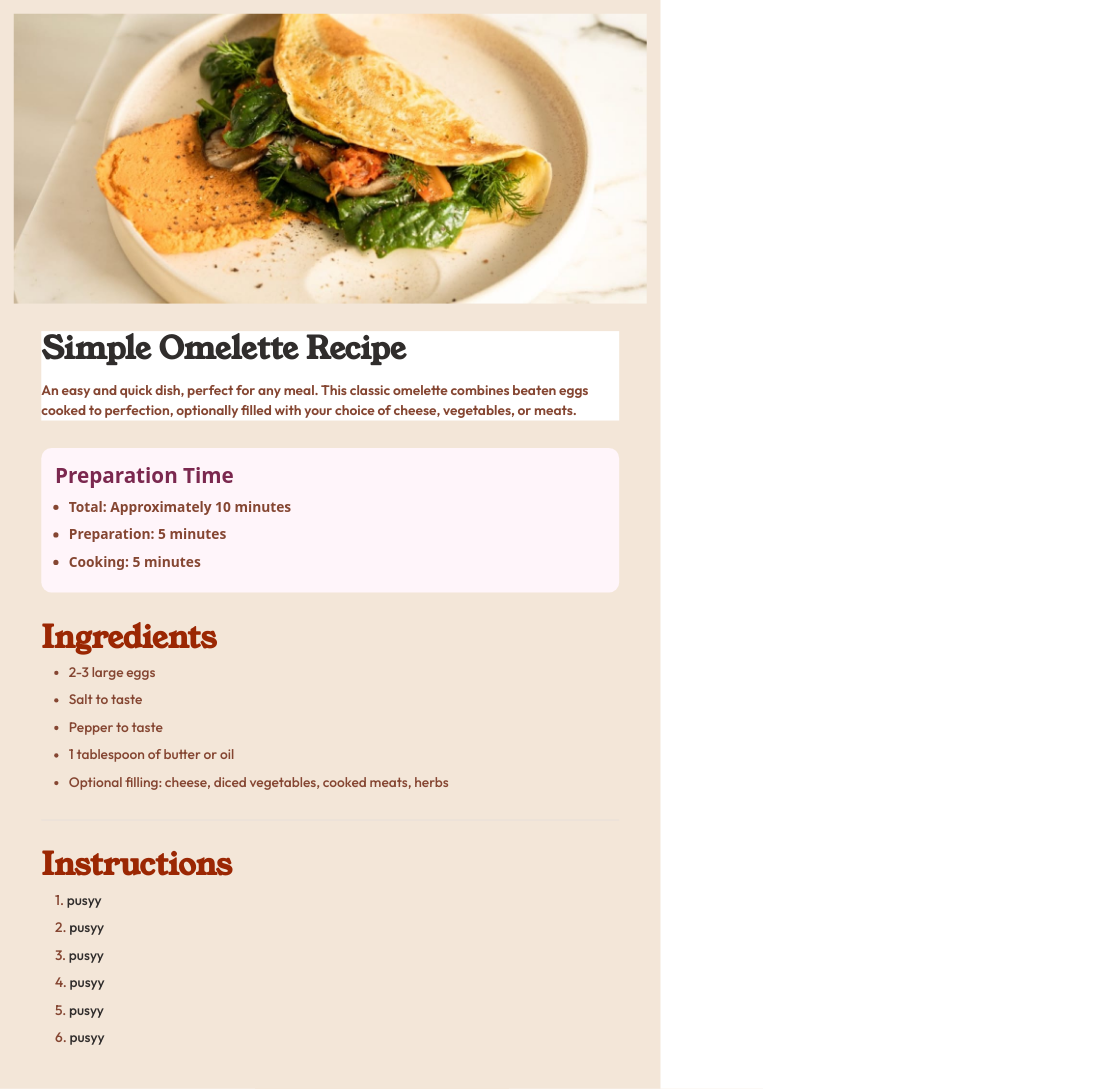
Repository: nivrii/recipe-page-main
Page: /
The author's editor kept a copy of each file at every save. The page is drawn from the files as they stood at one save, then again after the next save.
The browser window is 1280 px wide. The pictures show the whole page, at 86% of full size.
The project was rebuilt for these pictures with package versions that can differ from the ones it lists, and the page was loaded fresh each time. Also part of the build but not shown: vite.config.js, src/index.css.

Above is the page before, as saved 2024-03-23 15:55:33.

After the next save:
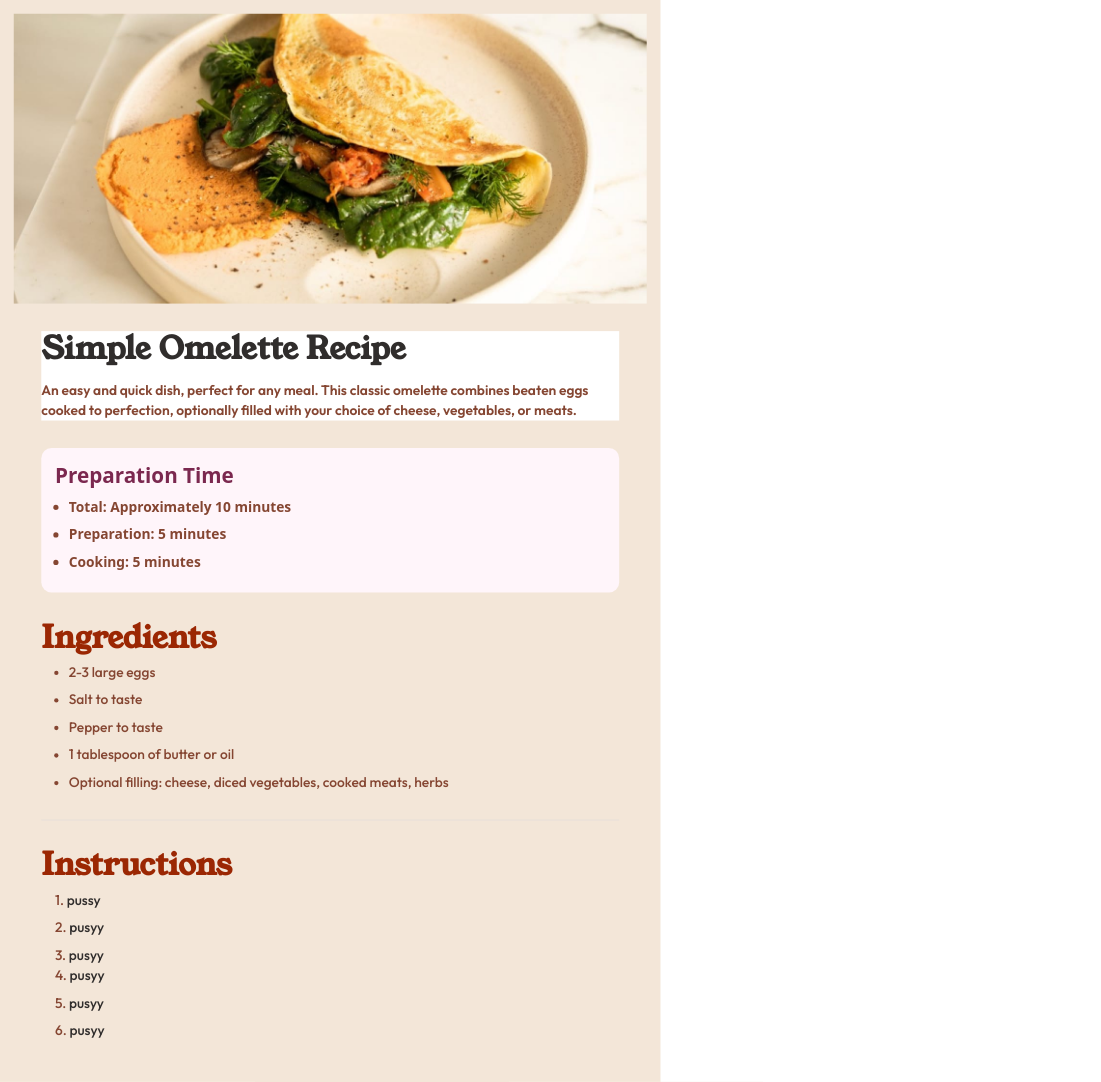
Saved 85 s later.
--- a/src/App.jsx
+++ b/src/App.jsx
@@ -54,12 +54,12 @@ function App() {
             Instructions
           </h1>
           <ul className="font-outfit mt-2 mb-8 mx-4 text-darkCharcoal font-medium space-y-2">
-            <li><span className="text-nutmeg">1.</span> pusyy</li>
-            <li><span className="text-nutmeg">2.</span> pusyy</li>
-            <li><span className="text-nutmeg">3.</span> pusyy</li>
-            <li><span className="text-nutmeg">4.</span> pusyy</li>
-            <li><span className="text-nutmeg">5.</span> pusyy</li>
-            <li><span className="text-nutmeg">6.</span> pusyy</li>
+            <li className=""><span className="text-nutmeg">1.</span> pussy</li>
+            <li className=""><span className="text-nutmeg">2.</span> pusyy</li>
+            <li className=""><span className="text-nutmeg">3.</span> pusyy</li>
+            <l className=""><span className="text-nutmeg">4.</span> pusyy</l>
+            <li className=""><span className="text-nutmeg">5.</span> pusyy</li>
+            <li className=""><span className="text-nutmeg">6.</span> pusyy</li>
             </ul>
         </div>
       </div>
